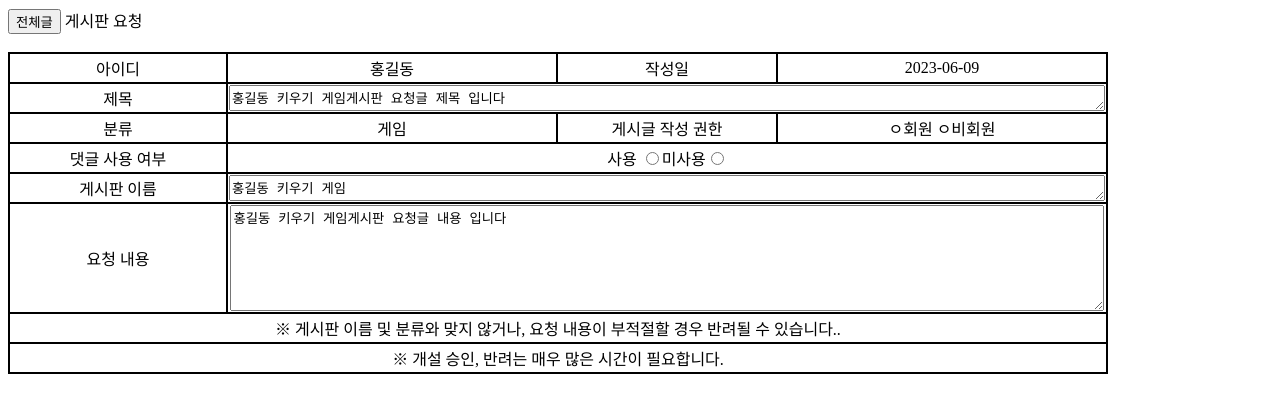
Repository: LJzero-dev/java-study
Page: http://localhost/ktbwos/bbs/request_view.jsp
An editor plug-in stored every save of this project. The page is shown before and after the next save, followed by the edit.
The browser window is 1280 px wide. The pictures show the whole page.
The page is served by Tomcat 9. Other server files are loaded and not shown.

Above is the page before, as saved 2023-06-11 06:01:40.

### web/ktbwos/WebContent/bbs/request_view.jsp
<%@ page language="java" contentType="text/html; charset=UTF-8" pageEncoding="UTF-8"%>
<!DOCTYPE html PUBLIC "-//W3C//DTD HTML 4.01 Transitional//EN" "http://www.w3.org/TR/html4/loose.dtd">
<html>
<head>
<meta http-equiv="Content-Type" content="text/html; charset=UTF-8">
<style>
	a:link { color:black; text-decoration:none; }
	a:visited { color:black; text-decoration:none; }
	a:hover { color:black; text-decoration:underline; }
	table, th, td {
	border:2px solid black;
	border-collapse : collapse;
	}
	tr { height:30px;}
	th { background-color:#5B9BD5; color:white;}
	td { text-align:center;}
</style>
<title>Insert title here</title>
</head>
<body>

<div width="1100">
<input type="button" value="전체글">  게시판 요청<br /><br />
<form action="">
	<table width="1100" >
		<tr>
			<td width="20%">아이디</td>
			<td width="30%">홍길동</td>
			<td width="20%">작성일</td>
			<td width="30%">2023-06-09</td>
		</tr>
		<tr>
			<td>제목</td>
			<td colspan="3"><textarea style="width:870px; height:20px">홍길동 키우기 게임게시판 요청글 제목 입니다</textarea></td>
		</tr >
		<tr>
			<td>분류</td>
			<td>게임</td>
			<td>게시글 작성 권한</td>
			<td>ㅇ회원 ㅇ비회원</td>
		</tr>
		<tr>
			<td>댓글 사용 여부</td>
			<td colspan="3"><label>사용 <input type="radio" name="select" value="s1" /></label><label>미사용<input type="radio" name="select" value="s2" /></label>
            </td>
		</tr>
		<tr>
			<td>게시판 이름</td>
			<td colspan="3"><textarea style="width:870px; height:20px">홍길동 키우기 게임</textarea></td>
		</tr>
		<tr>
			<td>요청 내용</td>
			<td colspan="3"><textarea style="width:99%; height:100px">홍길동 키우기 게임게시판 요청글 내용 입니다</textarea></td>
		</tr>
		<tr>
			<td colspan="4">※ 게시판 이름 및 분류와 맞지 않거나, 요청 내용이 부적절할 경우 반려될 수 있습니다..</td>
		</tr>
		<tr>
			<td colspan="4">※ 개설 승인, 반려는 매우 많은 시간이 필요합니다.</td>
		</tr>
	</table>
</form>
</div>
</body>
</html>

After the next save:
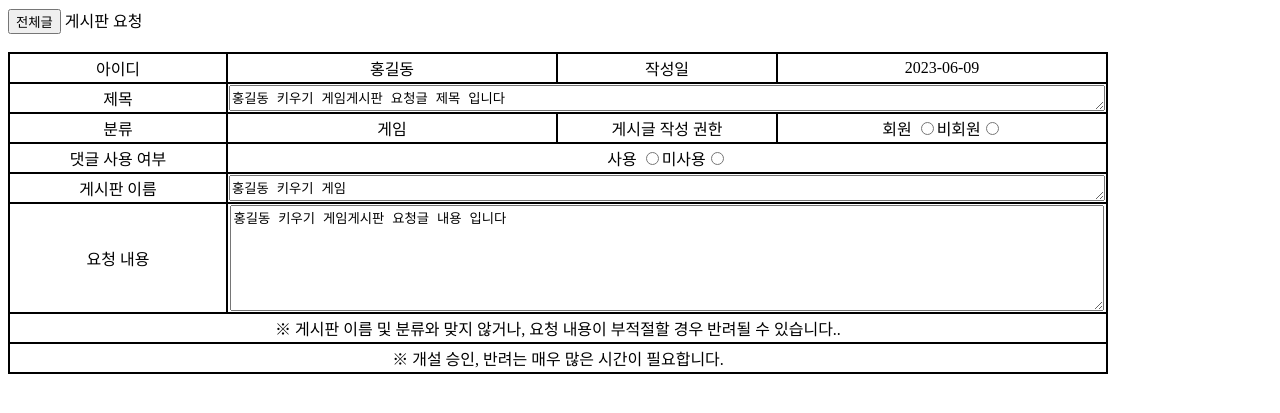
Saved 45 s later.
--- a/web/ktbwos/WebContent/bbs/request_view.jsp
+++ b/web/ktbwos/WebContent/bbs/request_view.jsp
@@ -37,7 +37,7 @@
 			<td>분류</td>
 			<td>게임</td>
 			<td>게시글 작성 권한</td>
-			<td>ㅇ회원 ㅇ비회원</td>
+			<td><label>회원 <input type="radio" name="select" value="member" /></label><label>비회원<input type="radio" name="select" value="nomember" /></label></td>
 		</tr>
 		<tr>
 			<td>댓글 사용 여부</td>
